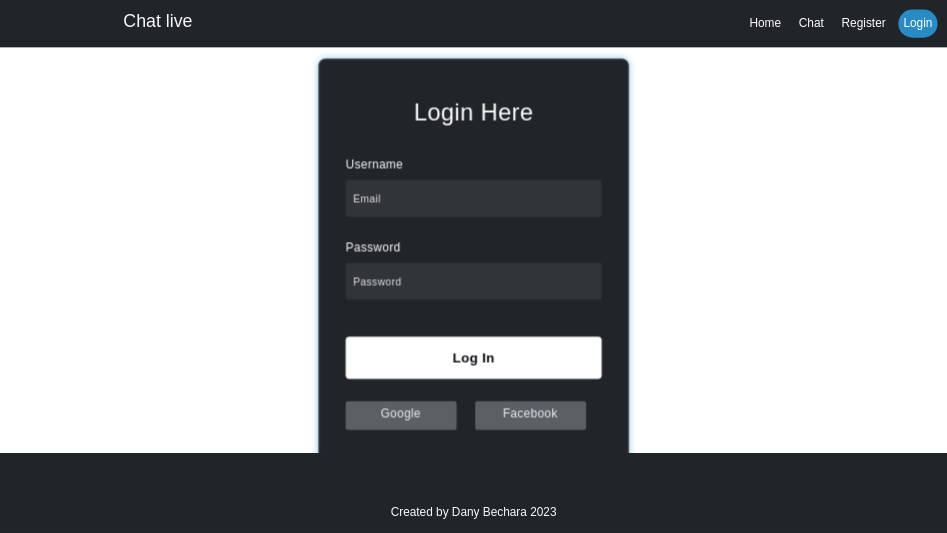
Repository: bechara611/chatv2
Page: /login
These files come from the project's save history. The page is drawn as it stood at one moment and after the next save; the edit follows.
The browser window is 1280 px wide. The pictures show the whole page, at 74% of full size.
The project was rebuilt for these pictures with package versions that can differ from the ones it lists, and the page was loaded fresh each time. Also part of the build but not shown: src/auth/components/register.jsx, src/ui/components/Home.jsx.

Above is the page before, as saved 2023-03-03 14:43:59.

After the next save:
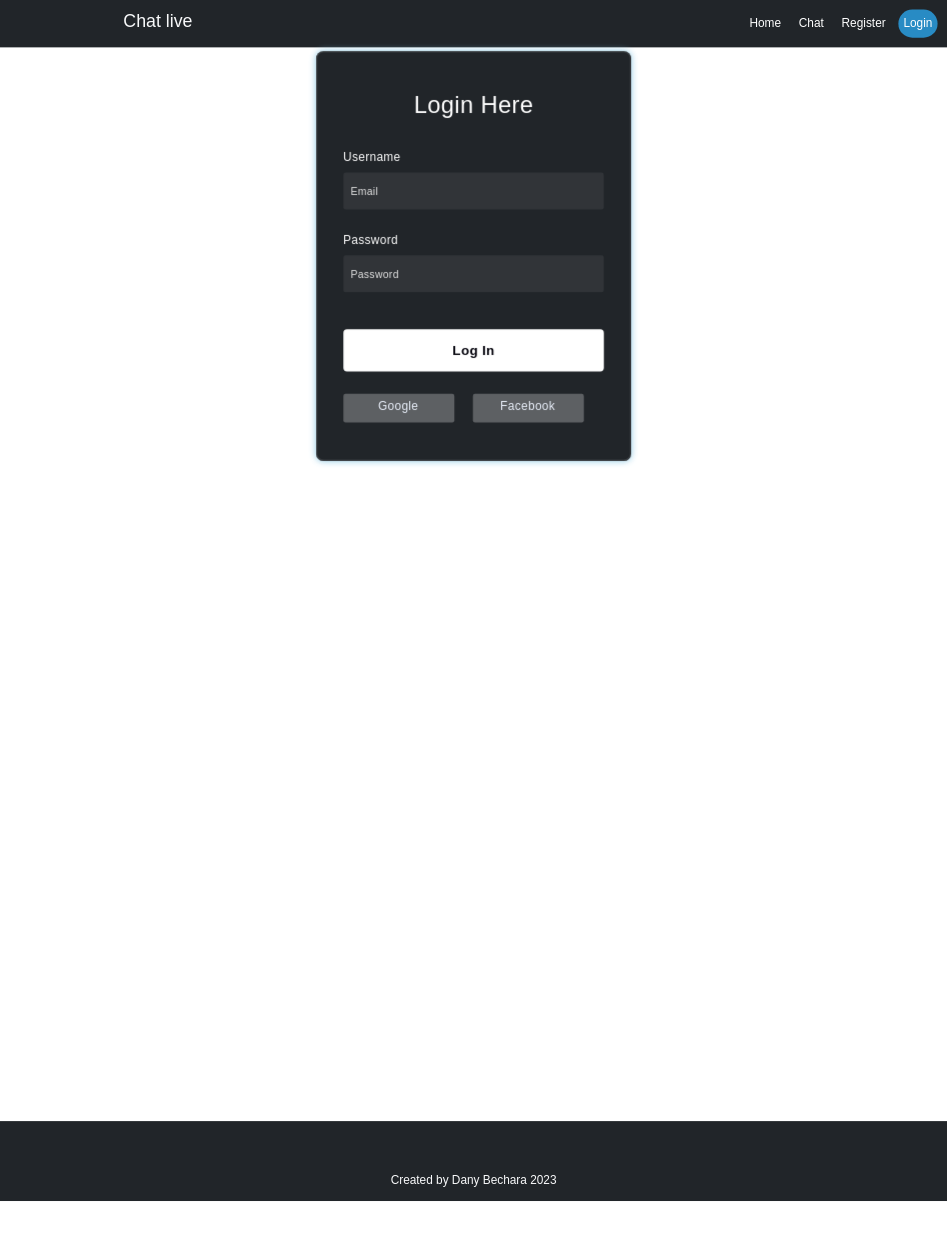
Saved 8 s later.
--- a/src/auth/components/login.css
+++ b/src/auth/components/login.css
@@ -7,7 +7,7 @@
 }
 
 .contenedor-loginRegistro{
-  padding: 10px;
+ padding-bottom: 1000px;
   margin-top: 5px;
   display: flex;
   flex-direction: row;
